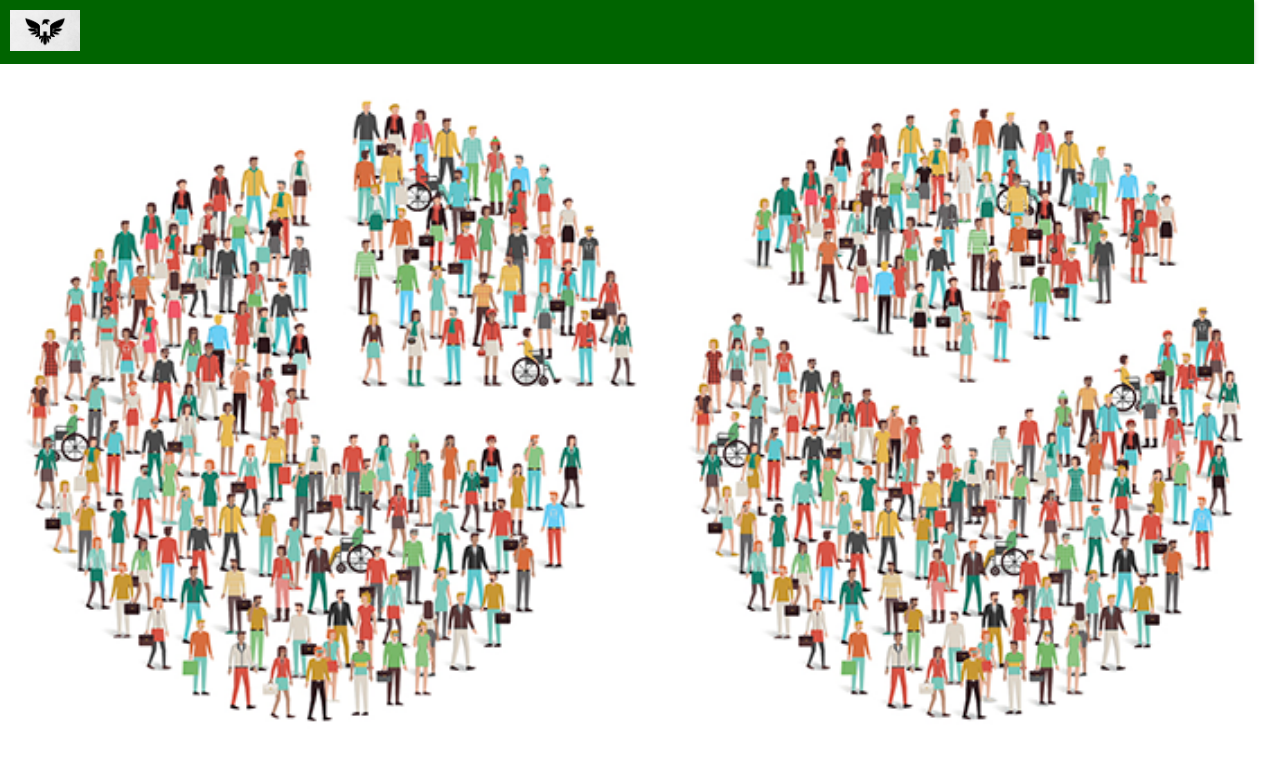
Repository: deepakgautam/SurveyApplication
Page: /landing (app in client/)
The author's editor kept a copy of each file at every save. The page is drawn from the files as they stood at one save, then again after a run of saves.
The browser window is 1280 px wide. The pictures show the whole page.
The page's requests for data from a server got no answer. The project was rebuilt for these pictures with package versions that can differ from the ones it lists, and the page was loaded fresh each time. No one was signed in, and anything a server would have sent is missing. Also part of the build but not shown: client/src/components/payments.js, client/src/components/surveys/surveyList.js, client/src/components/dashboard.js, client/src/components/surveys/surveyFields.js, client/src/utils/validateEmails.js, client/src/components/surveys/formFields.js, client/src/components/surveys/surveyForm.js, client/src/components/surveys/surveyFormReview.js and 1 more.

Above is the page before, as saved 2018-06-24 22:05:57.

### client/src/index.js
import React from 'react';
import ReactDOM from 'react-dom';
import 'materialize-css/dist/css/materialize.min.css'
import { Provider } from 'react-redux';
import { createStore, applyMiddleware,compose } from 'redux';
import RootReducers from './reducers';
import promiseMiddleware from 'redux-promise-middleware'
import reduxThunk from 'redux-thunk';
import App from './containers/App.js'

import axios from 'axios';

window.axios = axios ;
const composeEnhancers = window.__REDUX_DEVTOOLS_EXTENSION_COMPOSE__ || compose;

const createStoreWithMiddleware = createStore(
  RootReducers,
  composeEnhancers(
    applyMiddleware(
      reduxThunk,)
  ),
);
ReactDOM.render(
  <Provider store={createStoreWithMiddleware}>
    <App />
  </Provider>
  , document.querySelector('#root')
);

### client/src/reducers/index.js
import { combineReducers } from 'redux';
import AuthReducer from './AuthReducer';
import {reducer as FormReducerRedux} from 'redux-form';
import surveyReducer from './surveysReducers'

/* this is the root reducers  for all  reducers
   state is the state the Application state
   all these keys {AuthData,....} are available
   as the key of the application state and used in the react
*/
const rootReducer = combineReducers({
   AuthUser : AuthReducer,
   form :FormReducerRedux,
   surveyRecord : surveyReducer

});
export default rootReducer;

### client/src/containers/App.js
import React,{Component} from 'react';
import Header from '../components/header';
import Landing from '../components/landing';
import Dashboard from '../components/dashboard';
import {BrowserRouter, Route} from 'react-router-dom';
import {connect } from 'react-redux';
import * as actions from '../actions/index';
import {bindActionCreators} from 'redux';
import NewSurveys from '../components/surveys/newSurveys.js'
import Background from '../images/Year-end-survey-712.png'

class  App extends Component {
    constructor(){
        super ();
        this.state = { windowHeight : window.innerHeight+'px'};
    }
    componentDidMount() {
        this.props.currentUserAction();
    }
    getStyle() {
           return  {
            width: "100%",
            height: this.state.windowHeight,
            backgroundImage:`url(${Background})`,
            backgroundPosition: "center",
            backgroundRepeat: "no-repeat",
            backgroundSize: "cover",
            maxHeight: "100%",
            backgroundSize:"100% 100%",
            marginTop : '64px'
            }
    }
   render () {
    let height = this.state.windowHeight;
    return (
        <div className="container">
            <BrowserRouter>
                <div>
                  <Header/>
                  <Route exact path ="/landing" component ={Landing} />
                  <Route exact path ="/surveys/new" component ={NewSurveys} />
                  <Route exact path ="/dashboard" component ={Dashboard} />
                  <Route exact path ="/" component ={Landing} />
               </div>
            </BrowserRouter>
        </div>
    )
   };
}

function mapStateToProps(state) {
    return {
      currentUser : state.AuthUser
    };
  }
function mapDispatchToProps(dispatch) {
    return bindActionCreators({currentUserAction: actions.fetchUser}, dispatch);
}
export default connect(mapStateToProps, mapDispatchToProps)(App);

### client/src/reducers/AuthReducer.js
import {FETCH_USER} from '../utils/constants'
export default function(state = null, action) {
    if(typeof action == 'undefined') return state;
    switch(action.type) {
        case FETCH_USER :
        {
            console.log('action payload',action.payload);
            return action.payload || false;
            break;
        }
    }
    return state;
};

### client/src/reducers/surveysReducers.js
import {FETCH_SURVEYS} from '../utils/constants'
export default function (state =[] ,action){
    switch(action.type)  {
        case FETCH_SURVEYS :
        return action.payload;
        default :
        return state;
    }
}

### client/src/components/header.js
import '../css/navBar.css'
import React,{Component} from 'react';
import {Link} from 'react-router-dom';
import {connect } from 'react-redux';
import Payments from './payments'
import Background from '../images/Year-end-survey-712.png'
class  Header extends Component {
  renderHeader() {
    switch(this.props.AuthUser) {
      case null:
        return ;
        break;
      case false:
      return   <li><a href="auth/google">Login With Google</a></li>;
      default :
      return  [
               <li key="1"><Payments/></li>,
               <li key = "2" style= {{"margin":"0 10px"}}>Credit {this.props.AuthUser.credit}</li>,
               <li key="2"><a href="api/logout">Logout</a></li>
              ];
    }
 }
 render(){
    return (
      <nav>
        <div className="nav-wrapper">
          <Link
           to ={this.props.AuthUser ? '/surveys' : '/'}
           className="left brand-logo"><img src={require('../images/logo2.jpg')}
            style ={{maxHeight:70, maxWidth:70, margin:10}}/>
          </Link>
          <ul id="nav-mobile" className="right hide-on-med-and-down">
            {this.renderHeader()}
          </ul>
        </div>
      </nav>
    );
  }
}
function mapStateToProps(state) {
  return {
    AuthUser : state.AuthUser
  };
}
export default connect(mapStateToProps)(Header);

### client/src/components/landing.js
import React,{Component} from 'react';
import Background from '../images/Year-end-survey-712.png'
class  Landing  extends Component {
    constructor(){
        super ();
        this.state = { windowHeight : window.innerHeight+'px'};
    }
    getStyle() {
        return  {
         width: "100%",
         height: this.state.windowHeight,
         backgroundImage:`url(${Background})`,
         backgroundPosition: "center",
         backgroundRepeat: "no-repeat",
         backgroundSize: "cover",
         maxHeight: "100%",
         backgroundSize:"100% 100%",
         }
    };
    render () {
        return (
         <div style ={this.getStyle()}></div>
        )
    }
};
export default Landing;

### client/src/actions/index.js
import axios from 'axios';
import {FETCH_USER,FETCH_SURVEYS} from '../utils/constants'

// export const  fetchUser = () =>{
//     return async function(dispatch) {
//      const user=  await axios.get('/api/current_user');
//      dispatch({type: FETCH_USER ,payload: user});
//     }
// }
//es6 syntax of above function
export const  fetchUser = () =>async (dispatch) =>{
    const res = await axios.get('/api/current_user');
    dispatch({type: FETCH_USER ,payload: res.data});
};
export const  handelPaymentTocken = (token) =>async (dispatch) =>{
    const res = await axios.post('/api/stripe',token);
    dispatch({type: FETCH_USER ,payload: res.data});
};

export const submitSurvey = (values,history) =>async (dispatch) =>{
     console.log('sending survey data ',values);
     const res = await axios.post('/api/surveys',values); // res will contains updates user with deducted credits
     history.push('/surveys');
     dispatch({type : FETCH_USER,payload : res.data});

};

export const fetchSurveys = () =>async (dispatch) =>{
     const res = await axios.get('/api/surveysList');
     dispatch({type : FETCH_SURVEYS,payload : res.data});
};

### client/src/utils/constants.js
export const FETCH_USER = 'fetch user';
export const FETCH_DETAILS = 'fetch details';
export const FETCH_SURVEYS = 'fetch surveys';

### client/src/css/navBar.css
#nav-mobile {
    display: block !important
}
#root > div > div > nav {
    background-color : #006400;
    width: 98%;
    margin: 10px,0px;
}
.container {
    max-width: 100%;
    width: 100%;
}

Loaded but not shown: client/public/index.html (common file)

After the next 2 saves:
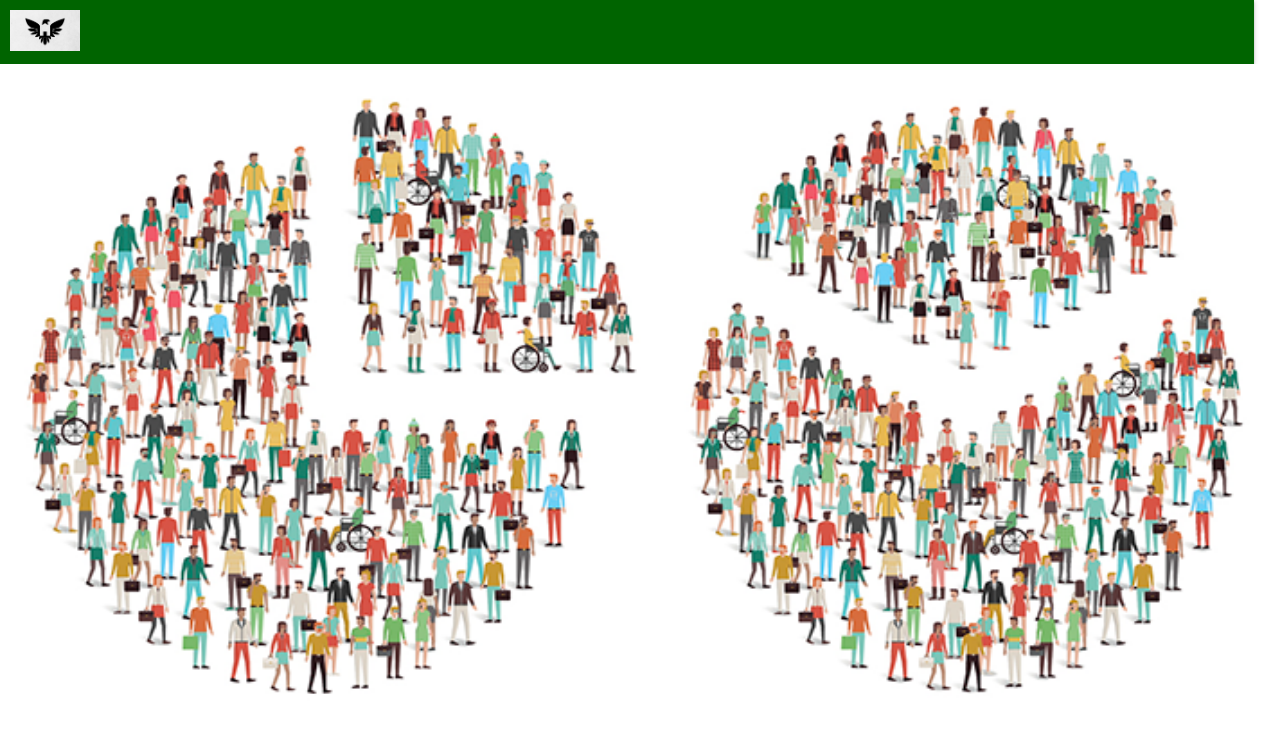
The 2 saves are shown as one change because they came seconds apart.
The last was saved 31 s later.
--- a/client/src/components/landing.js
+++ b/client/src/components/landing.js
@@ -3,7 +3,7 @@ import Background from '../images/Year-end-survey-712.png'
 class  Landing  extends Component {
     constructor(){
         super ();
-        this.state = { windowHeight : window.innerHeight+'px'};
+        this.state = { windowHeight : window.innerHeight-30+'px'};
     }
     getStyle() {
         return  {
